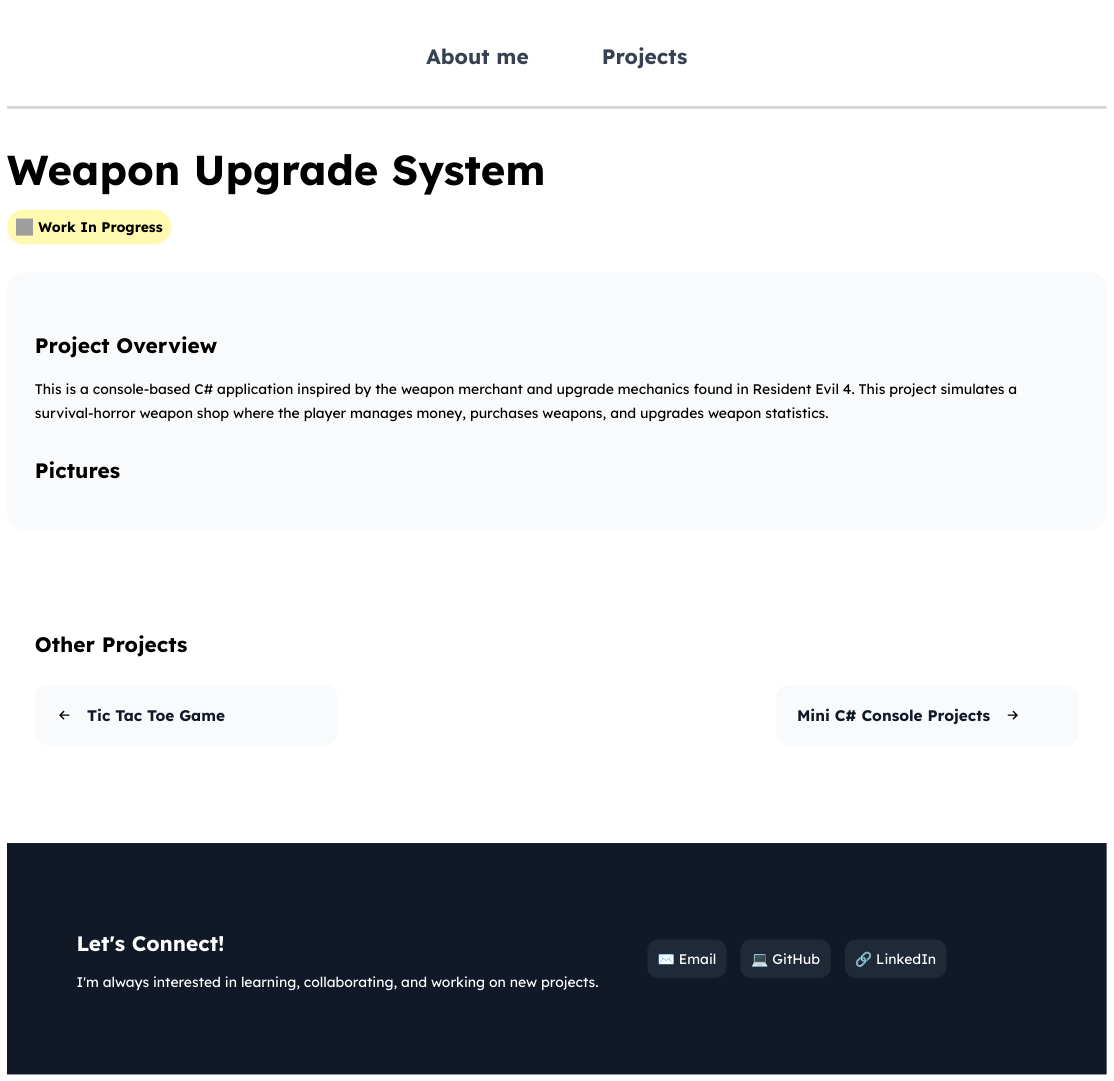
Repository: perrybalaba/perrybalaba
Page: pages/weapon-upgrade.html
An editor plug-in stored every save of this project. The page is shown before and after the next save, followed by the edit.
The browser window is 1280 px wide. The pictures show the whole page, at 87% of full size.
Pictures or frames that could not be fetched are drawn as grey boxes.

Above is the page before, as saved 2026-05-14 18:43:02.

After the next save:
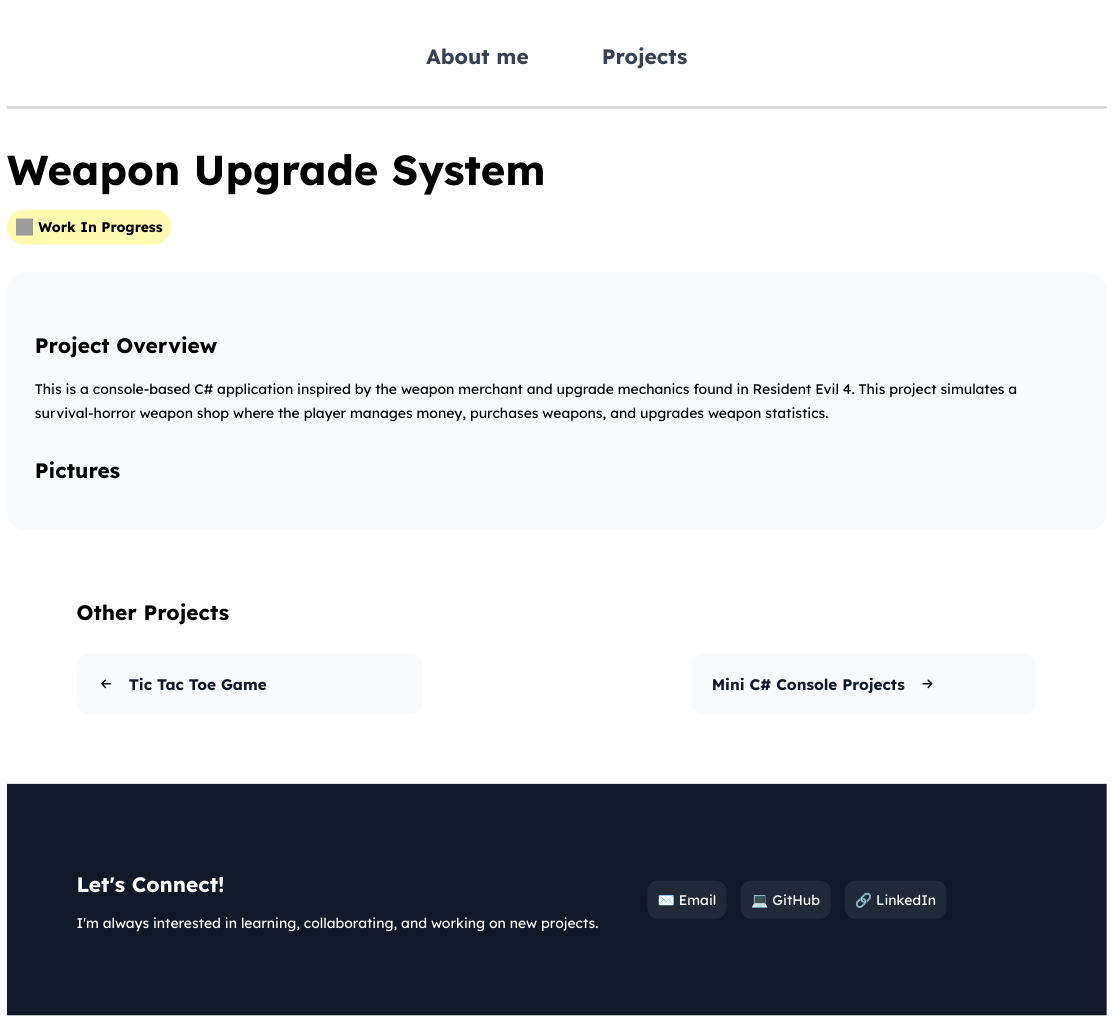
Saved 2 min 37 s later.
--- a/styles/globals.css
+++ b/styles/globals.css
@@ -139,4 +139,25 @@
         max-width: 850px;
         margin: 0 auto;
     }
+
+    /* OTHER PROJECTS */
+    .Other-Projects {
+        max-width: 1200px;
+        margin: 5rem;
+        padding: 0;
+    }
+
+    .Other-Projects-Container {
+        justify-content: space-between;
+        align-items: center;
+    }
+
+    .Other-Projects-Card {
+        width: 350px;
+        padding: 1.5rem;
+    }
+
+    .Other-Projects-Card a {
+        font-size: 1.1rem;
+    }
 }

After the save that followed:
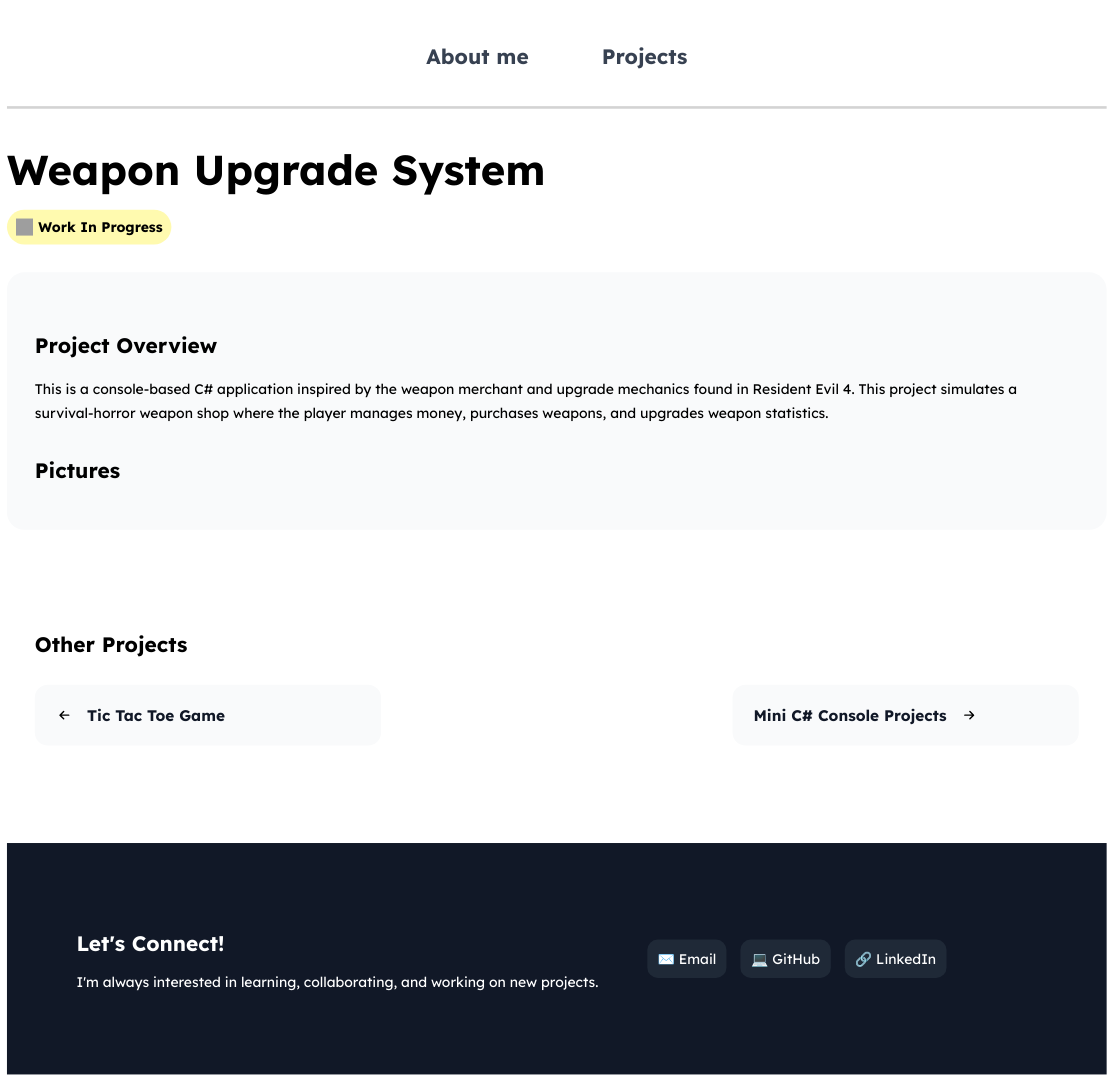
Saved 80 s later.
--- a/styles/globals.css
+++ b/styles/globals.css
@@ -141,12 +141,6 @@
     }
 
     /* OTHER PROJECTS */
-    .Other-Projects {
-        max-width: 1200px;
-        margin: 5rem;
-        padding: 0;
-    }
-
     .Other-Projects-Container {
         justify-content: space-between;
         align-items: center;
